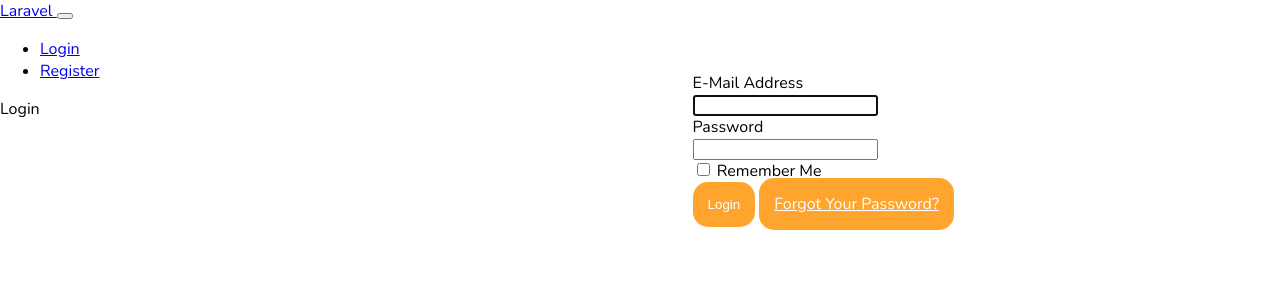
Repository: PatryxB/libraryBook
Page: http://localhost/login
The author's editor kept a copy of each file at every save. The page is drawn from the files as they stood at one save, then again after the next save.
The browser window is 1280 px wide. The pictures show the whole page.
The page is served by the project's Laravel application, run on PHP 8.4 with Laravel 8. Other server files are loaded and not shown. Style sheets and scripts are compiled from the project's sources, by tool versions that may differ from the author's.

Above is the page before, as saved 2020-05-14 13:44:49.

### routes/web.php
<?php

use Illuminate\Support\Facades\Route;

/*
|--------------------------------------------------------------------------
| Web Routes
|--------------------------------------------------------------------------
|
| Here is where you can register web routes for your application. These
| routes are loaded by the RouteServiceProvider within a group which
| contains the "web" middleware group. Now create something great!
|
*/

Route::get('/', function () {
    return view('welcome');
});

Auth::routes();

Route::get('/home', 'HomeController@index')->name('home');
Route::post('/l', 'HomeController@store');

### resources/sass/app.scss
// Fonts
@import url('https://fonts.googleapis.com/css?family=Nunito');

// Variables
@import 'variables';

html, body{
    margin: 0;
    padding: 0;
    box-sizing: border-box;
    font-family: 'Nunito';
}
.banner img{
    width: 100%;
    height: 100vh;
    position: relative;
    filter: brightness(70%);
}
.welcome-text{
    position: absolute;
    top: 7%;
    left: 18%;
    color: white;
    font-size: 60px;
}
form{
    position: absolute;
    top: 10%;
    right: 20%;
    background-color: white;
    padding: 70px;
    padding-top: 0;
    border-radius: 25px;
}
.btn{
    background-color: rgb(255, 165, 46);
    color: white;
    border: none;
    padding: 15px;
    border-radius: 15px;
}

Loaded but not shown: app/Http/Controllers/Auth/LoginController.php (common file); app/Http/Controllers/Controller.php (common file); app/Http/Controllers/Auth/ConfirmPasswordController.php (common file); resources/views/auth/login.blade.php (common file); resources/views/layouts/app.blade.php (common file); resources/sass/_variables.scss (common file)

After the next save:
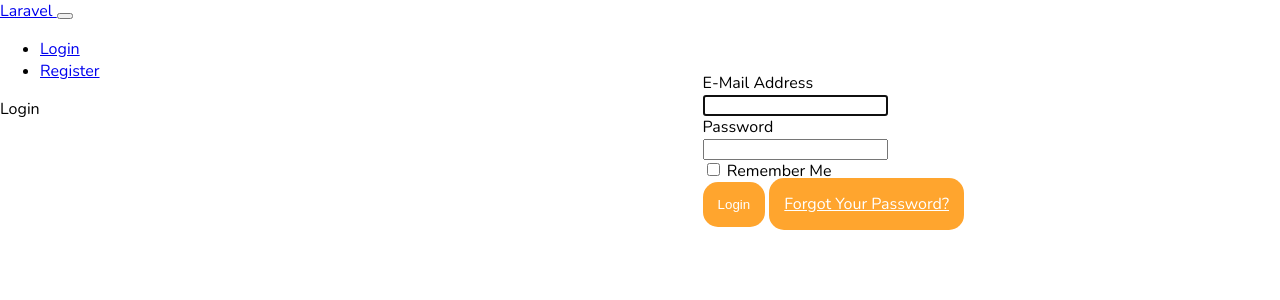
Saved 9 s later.
--- a/resources/sass/app.scss
+++ b/resources/sass/app.scss
@@ -28,7 +28,7 @@ form{
     top: 10%;
     right: 20%;
     background-color: white;
-    padding: 70px;
+    padding: 60px;
     padding-top: 0;
     border-radius: 25px;
 }
